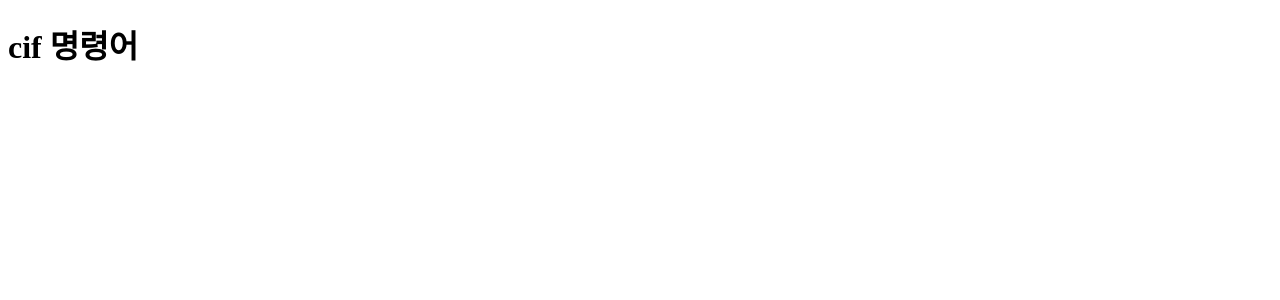
Repository: havanara/240411_JSTL_Project
Page: http://localhost/jstl_study/step-2.jsp
An editor plug-in stored every save of this project. The page is shown before and after the next save, followed by the edit.
The browser window is 1280 px wide. The pictures show the whole page.
The page is served by Tomcat 9.

Above is the page before, as saved 2024-04-11 02:45:51.

After the next save:
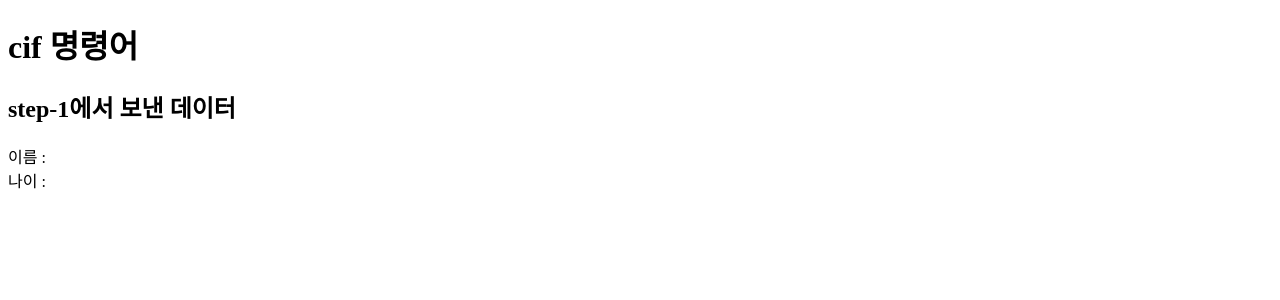
Saved 75 s later.
--- a/jstl_study/src/main/webapp/step-2.jsp
+++ b/jstl_study/src/main/webapp/step-2.jsp
@@ -8,6 +8,10 @@
 </head>
 <body>
 	<h1>cif 명령어</h1>
+	<!-- query String에서 보낸 데이터 받기 -->
 
+	<h2>step-1에서 보낸 데이터</h2>
+	이름 : <br>
+	나이 : <br>
 </body>
 </html>
